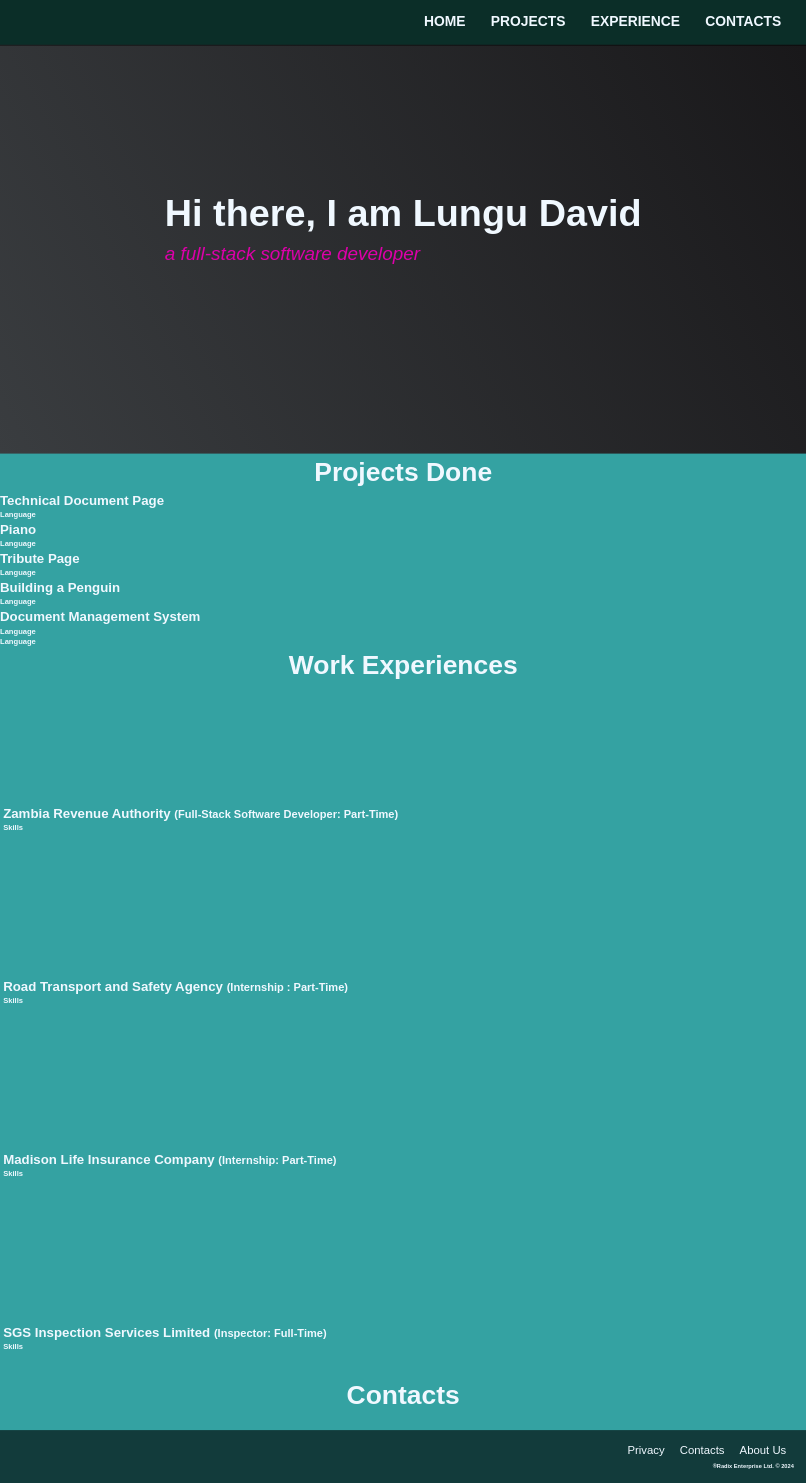
Repository: Lungdjos/personal_portifolio
Page: html/index.html
The author's editor kept a copy of each file at every save. The page is drawn from the files as they stood at one save, then again after a run of saves.
The browser window is 1280 px wide. The pictures show the whole page, at 63% of full size.

Above is the page before, as saved 2024-02-02 01:19:04.

After the next 4 saves:
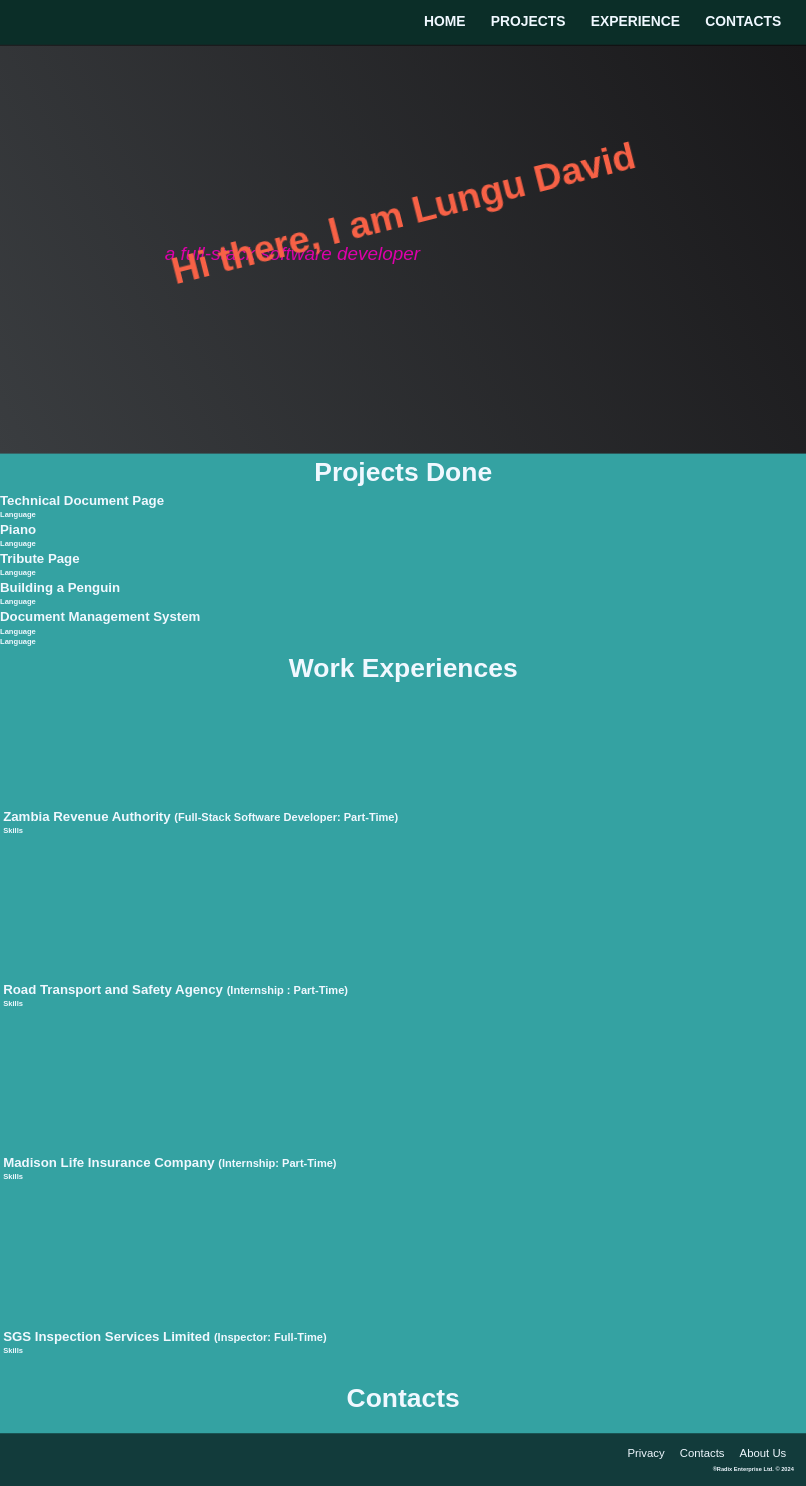
The 4 saves are shown as one change because they came seconds apart.
The last was saved 10 s later.
--- a/css/styles.css
+++ b/css/styles.css
@@ -149,7 +149,11 @@ main>li {
     color: #d0a;
 }
 
-#t
+#title {
+    animation: rotateAndChangeColor 4s infinite alternate;
+}
+
+
 /* Work Experience */
 
 #Work-Experience {
